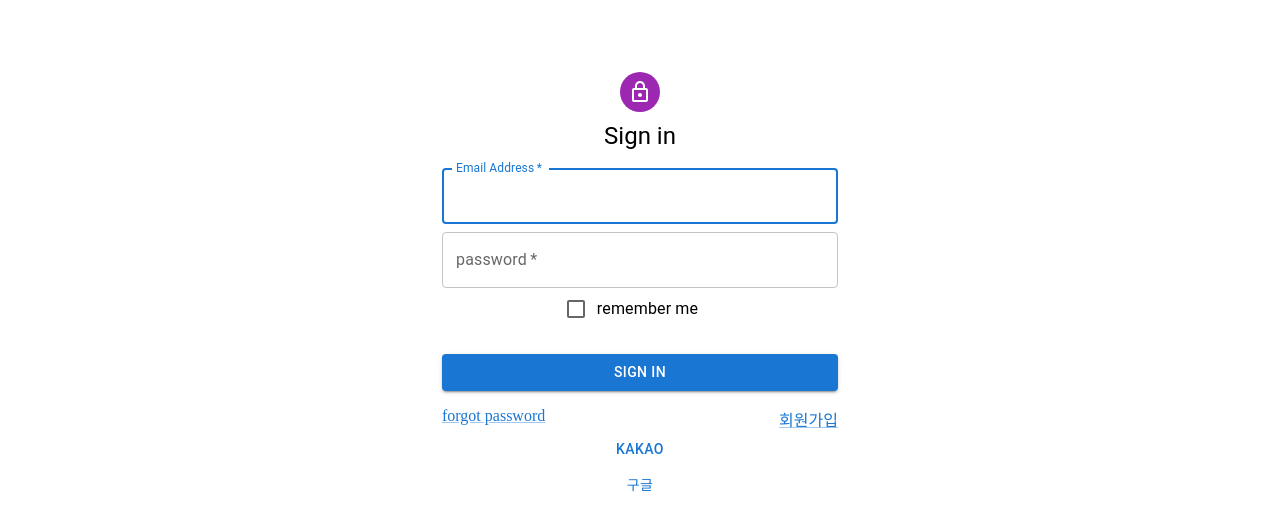
Repository: chlwpdnswku/nextjsportpolioclone
Page: /
These files come from the project's save history. The page is drawn as it stood at one moment and after the next save; the edit follows.
The browser window is 1280 px wide. The pictures show the whole page.
The project was rebuilt for these pictures with package versions that can differ from the ones it lists, and the page was loaded fresh each time. The framework's server and built-in components were replaced by stand-ins that run in the browser. Also part of the build but not shown: next.config.js.

Above is the page before, as saved 2022-08-06 15:59:09.

After the next save:
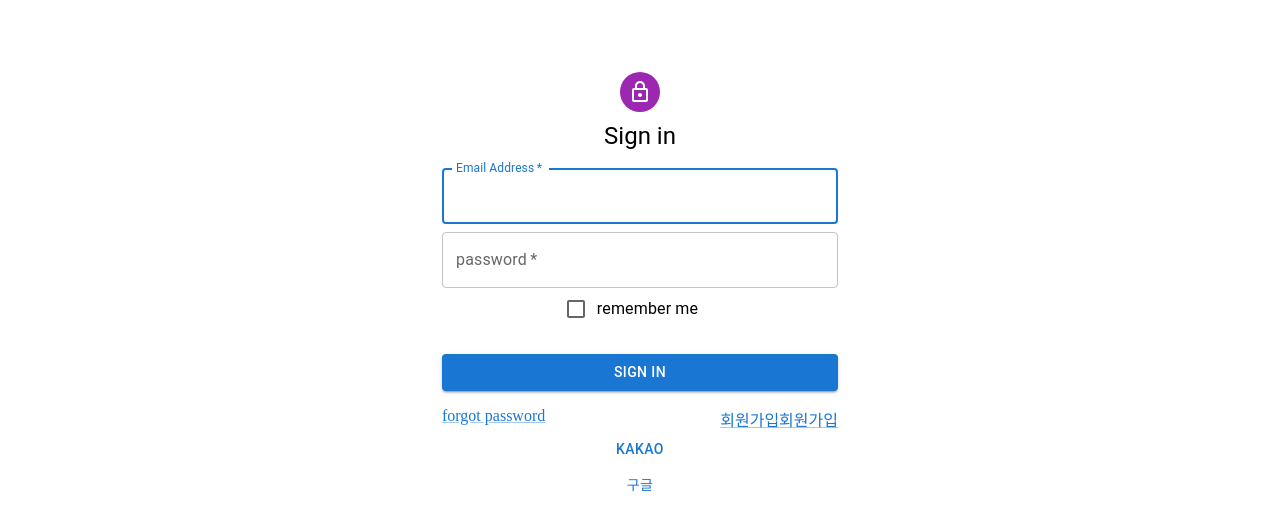
Saved 16 s later.
--- a/component/login.tsx
+++ b/component/login.tsx
@@ -81,6 +81,10 @@ const Home: NextPage = () => {
             {' '}
             <Link href='#'>회원가입</Link>
           </Grid>
+          <Grid item>
+            {' '}
+            <Link href='#'>회원가입</Link>
+          </Grid>
         </Grid>
         <Button>Kakao</Button>
         <Button>구글</Button>
